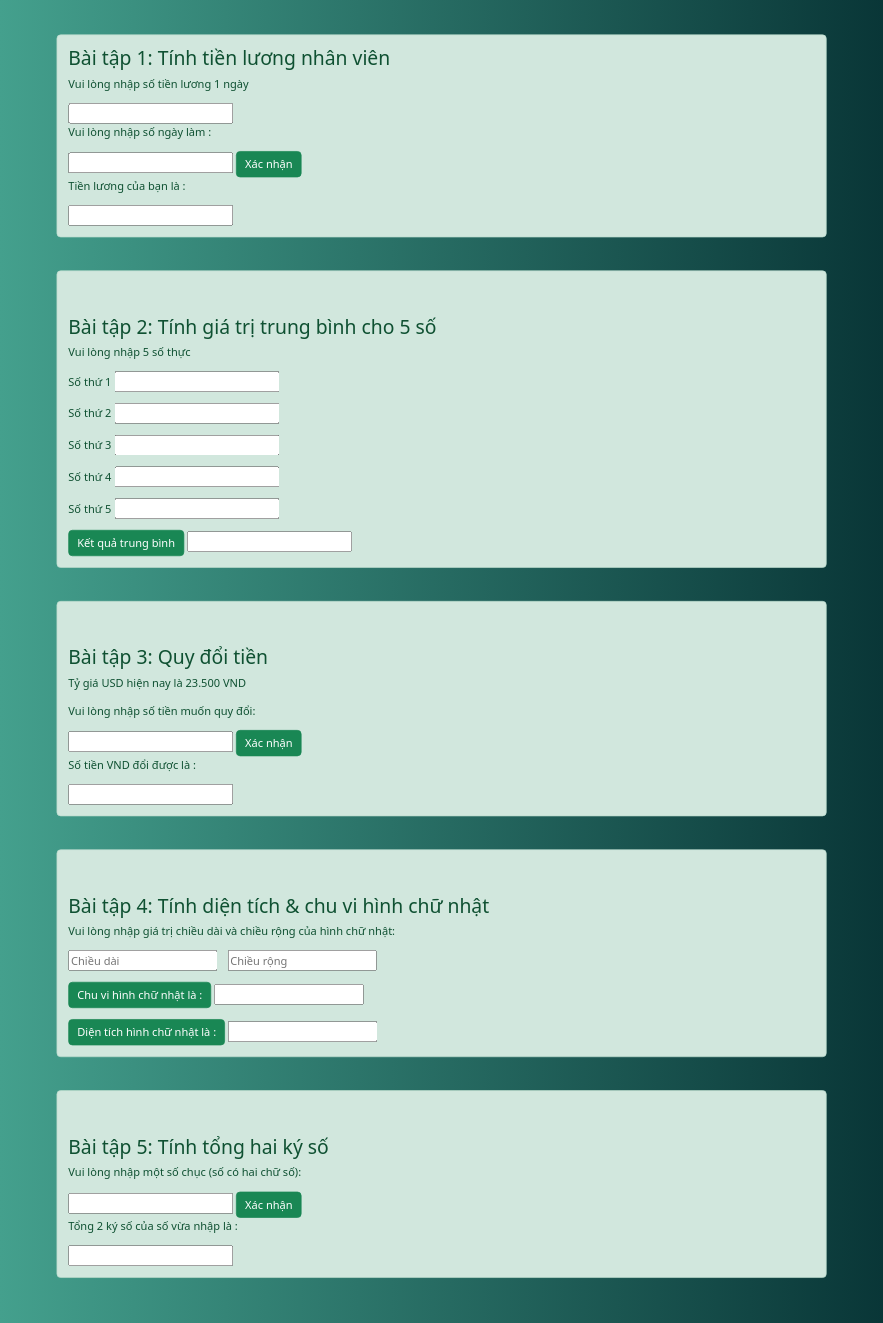
Repository: hcozyph/TranHuuPhuoc_BC43_BT_JS_Buoi2
Page: index.html
These files come from the project's save history. The page is drawn as it stood at one moment and after the next save; the edit follows.
The browser window is 1280 px wide. The pictures show the whole page, at 69% of full size.

Above is the page before, as saved 2023-02-03 21:01:38.

### index.html
<!DOCTYPE html>
<html lang="en">
    <head>
        <title>BT JS - Buoi 1</title>
        <!-- Required meta tags -->
        <meta charset="utf-8" />
        <meta
            name="viewport"
            content="width=device-width, initial-scale=1, shrink-to-fit=no"
        />

        <!-- font-family -->
        <link
            href="//fonts.googleapis.com/css2?family=Pacifico&amp;display=swap"
            rel="stylesheet"
        />
        <link
            href="//fonts.googleapis.com/css2?family=Quicksand:wght@300;400;500;600;700&amp;display=swap"
            rel="stylesheet"
        />

        <!-- Bootstrap CSS v5.2.1 -->
        <link
            href="https://cdn.jsdelivr.net/npm/bootstrap@5.2.1/dist/css/bootstrap.min.css"
            rel="stylesheet"
            integrity="sha384-iYQeCzEYFbKjA/T2uDLTpkwGzCiq6soy8tYaI1GyVh/UjpbCx/TYkiZhlZB6+fzT"
            crossorigin="anonymous"
        />

        <!-- FontAwesome 6.2.0 CSS -->
        <link
            rel="stylesheet"
            href="https://cdnjs.cloudflare.com/ajax/libs/font-awesome/6.2.0/css/all.min.css"
            integrity="sha512-xh6O/CkQoPOWDdYTDqeRdPCVd1SpvCA9XXcUnZS2FmJNp1coAFzvtCN9BmamE+4aHK8yyUHUSCcJHgXloTyT2A=="
            crossorigin="anonymous"
            referrerpolicy="no-referrer"
        />

        <!-- index.css -->
        <link rel="stylesheet" href="./style/index.css" />
    </head>

    <body>
        <div class="btvn">
            <!-- BT1 -->
            <div class="container">
                <!-- BT-1 -->
                <div class="BT1 alert alert-success">
                    <h1 class="fs-3">Bài tập 1: Tính tiền lương nhân viên</h1>

                    <!-- <div class="col-4"> -->
                    <p>Vui lòng nhập số tiền lương 1 ngày</p>

                    <input type="text" id="luongMotNgay" />
                    <!-- </div> -->

                    <p>Vui lòng nhập số ngày làm :</p>
                    <input type="number" id="soNgayLam" />
                    <button
                        class="btn btn-success"
                        id="btnXacNhan"
                        onclick="inputSoNgayLam()"
                    >
                        Xác nhận
                    </button>
                    <p>Tiền lương của bạn là :</p>
                    <input type="text" id="result" />
                </div>

                <!-- BT2 -->
                <div class="BT2 alert alert-success mt-5">
                    <h1 class="fs-3 mt-5">
                        Bài tập 2: Tính giá trị trung bình cho 5 số
                    </h1>
                    <p>Vui lòng nhập 5 số thực</p>

                    <p>Số thứ 1 <input type="number" id="n1" /></p>
                    <p>Số thứ 2 <input type="number" id="n2" /></p>
                    <p>Số thứ 3 <input type="number" id="n3" /></p>
                    <p>Số thứ 4 <input type="number" id="n4" /></p>
                    <p>Số thứ 5 <input type="number" id="n5" /></p>

                    <button
                        class="btn btn-success"
                        id="btnAverage"
                        onclick="average()"
                    >
                        Kết quả trung bình
                    </button>
                    <input type="text" id="average" />
                </div>

                <!-- BT3 -->
                <div class="BT3 alert alert-success mt-5">
                    <h1 class="fs-3 mt-5">Bài tập 3: Quy đổi tiền</h1>
                    <p>Tỷ giá USD hiện nay là 23.500 VND</p>
                    <p>Vui lòng nhập số tiền muốn quy đổi:</p>

                    <input type="number" id="inputUsd" />
                    <button
                        class="btn btn-success"
                        id="btnTradeMoney"
                        onclick="tradeMoney ()"
                    >
                        Xác nhận
                    </button>

                    <p>Số tiền VND đổi được là :</p>
                    <input type="text" id="tradeMoney" />
                </div>

                <!-- BT4 -->
                <div class="BT4 alert alert-success mt-5">
                    <h1 class="fs-3 mt-5">
                        Bài tập 4: Tính diện tích & chu vi hình chữ nhật
                    </h1>
                    <p>
                        Vui lòng nhập giá trị chiều dài và chiều rộng của hình
                        chữ nhật:
                    </p>

                    <input type="number" id="length" placeholder="Chiều dài" />
                    <input
                        style="margin-left: 10px"
                        type="number"
                        id="width"
                        placeholder="Chiều rộng"
                    />

                    <div class="chuVi mt-3">
                        <button class="btn btn-success" onclick="chuVi()">
                            Chu vi hình chữ nhật là :
                        </button>
                        <input type="number" id="chuVi" id="ketQua" />
                    </div>

                    <div class="dienTich mt-3">
                        <button class="btn btn-success" onclick="dienTich()">
                            Diện tích hình chữ nhật là :
                        </button>
                        <input type="number" id="dienTich" />
                    </div>
                </div>

                <!-- BT5 -->
                <div class="BT5 alert alert-success mt-5">
                    <h1 class="fs-3 mt-5">Bài tập 5: Tính tổng hai ký số</h1>
                    <p>Vui lòng nhập một số chục (số có hai chữ số):</p>
                    <input type="number" id="inputSoChuc" />
                    <button class="btn btn-success" onclick="tong2KySo()">
                        Xác nhận
                    </button>
                    <p>Tổng 2 ký số của số vừa nhập là :</p>
                    <input type="number" id="tong2KySo" />
                </div>
            </div>
        </div>

        <!-- Bootstrap JavaScript Libraries -->
        <script
            src="https://cdn.jsdelivr.net/npm/@popperjs/core@2.11.6/dist/umd/popper.min.js"
            integrity="sha384-oBqDVmMz9ATKxIep9tiCxS/Z9fNfEXiDAYTujMAeBAsjFuCZSmKbSSUnQlmh/jp3"
            crossorigin="anonymous"
        ></script>

        <script
            src="https://cdn.jsdelivr.net/npm/bootstrap@5.2.1/dist/js/bootstrap.min.js"
            integrity="sha384-7VPbUDkoPSGFnVtYi0QogXtr74QeVeeIs99Qfg5YCF+TidwNdjvaKZX19NZ/e6oz"
            crossorigin="anonymous"
        ></script>

        <!-- js customize -->
        <script src="./index.js"></script>
    </body>
</html>

### style/index.css
.btvn {
    background: linear-gradient(to right, rgb(68, 160, 141), rgb(9, 54, 55));
    background-repeat: no-repeat;
    background-size: cover;
    margin: 0 auto;
    padding: 50px;
}

.BT4 input {
    width: 20%;
}
.chuvi button,
.chuvi input {
    width: 20%;
}

### index.js
//BT1: Tính tiền lương nhân viên
function inputSoNgayLam () {
    //input:
    var soNgayLam = document.getElementById('soNgayLam').value;
    var luongMotNgay = document.getElementById('luongMotNgay').value;

    //output:
    var result = 0;

    //progress
    var result = parseInt(soNgayLam) * parseInt(luongMotNgay);

    document.getElementById('result').value = result.toLocaleString() + ' VND';
}

//BT2: Tính trung bình cộng 5 số
function average () {
    //input:
    var n1 = document.getElementById('n1').value;
    var n2 = document.getElementById('n2').value;
    var n3 = document.getElementById('n3').value;
    var n4 = document.getElementById('n4').value;
    var n5 = document.getElementById('n5').value;
    //output:
    var average = 0;
    const soLuongInput = 5;

    //progress
    var sum = parseFloat(n1) + parseFloat(n2) + parseFloat(n3) + parseFloat(n4) + parseFloat(n5);

    var average =  sum / parseFloat(soLuongInput) ;

    document.getElementById('average').value = average;
}

//BT3: Quy đổi tiền
function tradeMoney () {
    //input
    var inputUsd = document.getElementById('inputUsd').value;
    const tyGia = 23500;

    //output
    var tradeMoney = 0;

    //progress
    var tradeMoney = parseInt(inputUsd) * parseInt(tyGia);
    document.getElementById('tradeMoney').value = tradeMoney.toLocaleString() + ' VND';
}

//BT4: Tính chu vi & diện tích hình chữ nhật
function chuVi () {
    // input
    var length = document.getElementById('length').value;
    var width = document.getElementById('width').value;

    //output
    var chuVi = ( parseInt(length) + parseInt(width) ) * 2;

    //progress
    document.getElementById('chuVi').value = chuVi.toLocaleString();
}


function dienTich () {
    // input
    var length = document.getElementById('length').value;
    var width = document.getElementById('width').value;

    //output
    var dienTich = parseInt(length) * parseInt(width) ;

    //progress
    document.getElementById('dienTich').value = dienTich.toLocaleString();
}


//BT5: Tính tổng hai ký số
function tong2KySo () {
    //input
    var inputSoChuc = document.getElementById('inputSoChuc').value;
    var hangChuc = 0;
    var hangDonVi = 0;

    //output
    var tong2KySo = 0;

    //progress
    var hangChuc = Math.floor(Number(inputSoChuc)/10)
    var hangDonVi = Math.floor(Number(inputSoChuc)%10)
    var tong2KySo = parseInt(hangChuc) + parseInt(hangDonVi);

    document.getElementById('tong2KySo').value = tong2KySo;
}
/*
Link vercel:
https://tran-huu-phuoc-bc-43-bt-js-buoi1.vercel.app/
*/

After the next save:
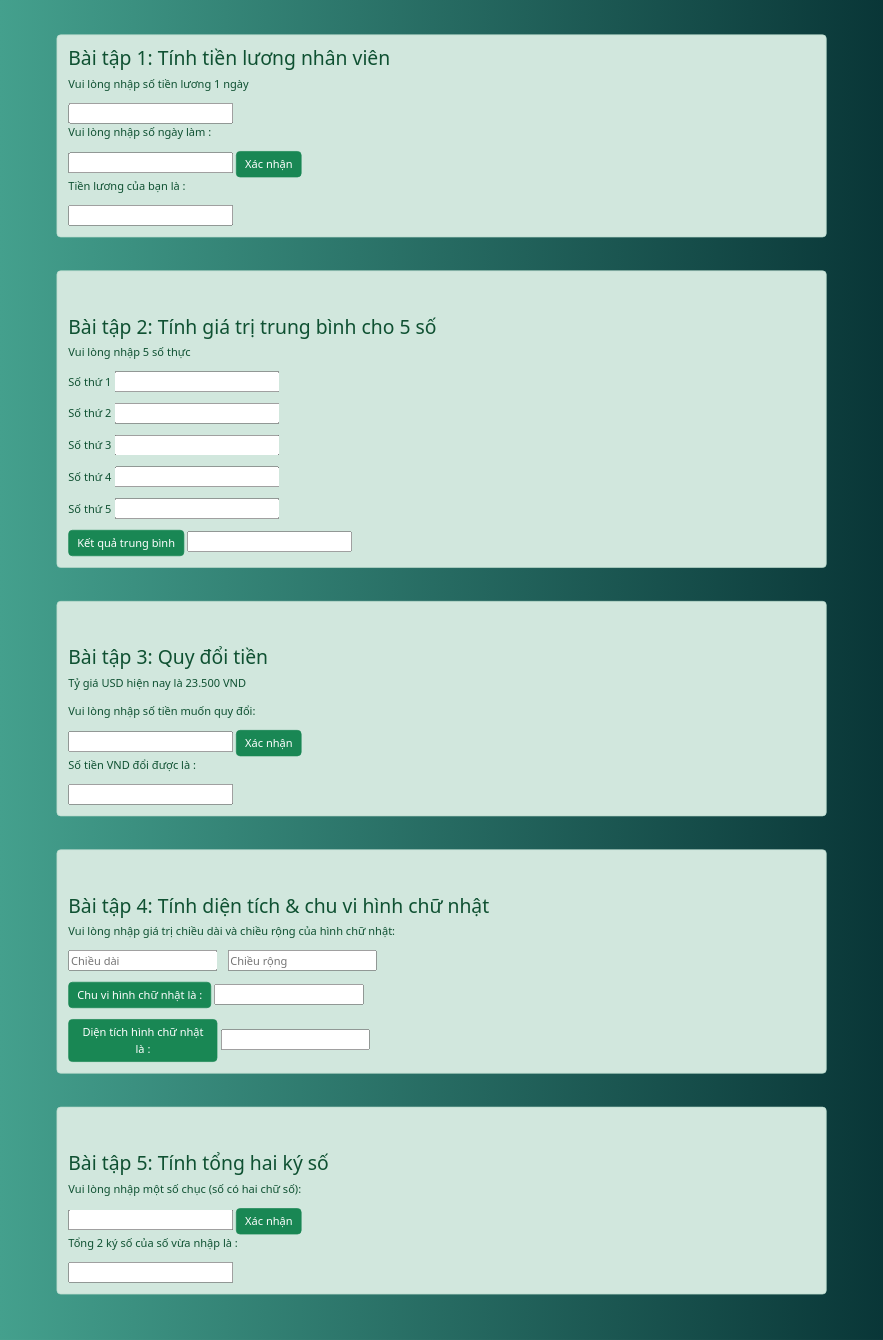
Saved 43 s later.
--- a/style/index.css
+++ b/style/index.css
@@ -13,3 +13,8 @@
 .chuvi input {
     width: 20%;
 }
+
+.dienTich button,
+.dienTich input {
+    width: 20%;
+}
